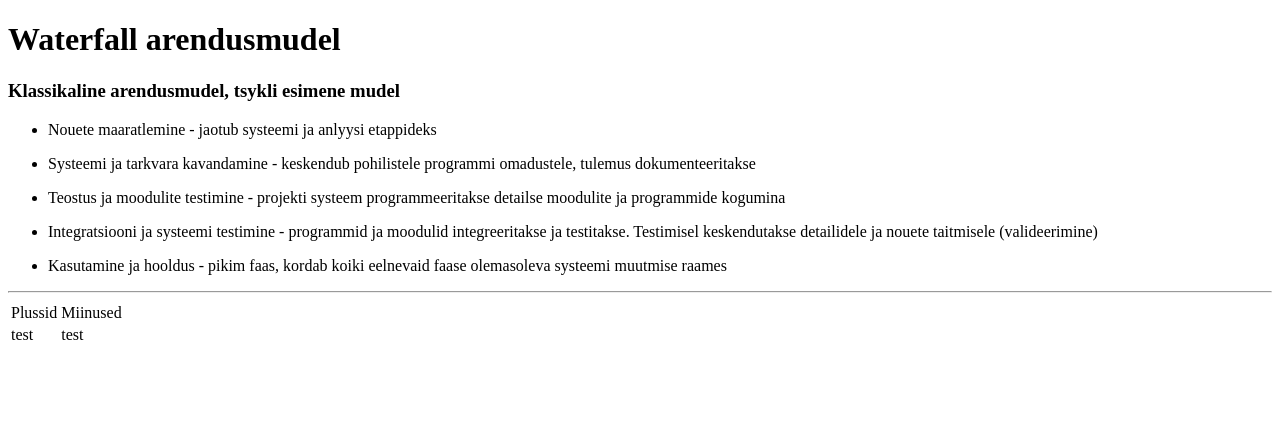
Repository: annemariv/Targe24
Page: elutsykkel/waterfall.html
An editor plug-in stored every save of this project. The page is shown before and after the next save, followed by the edit.
The browser window is 1280 px wide. The pictures show the whole page.

Above is the page before, as saved 2024-11-06 18:55:08.

After the next save:
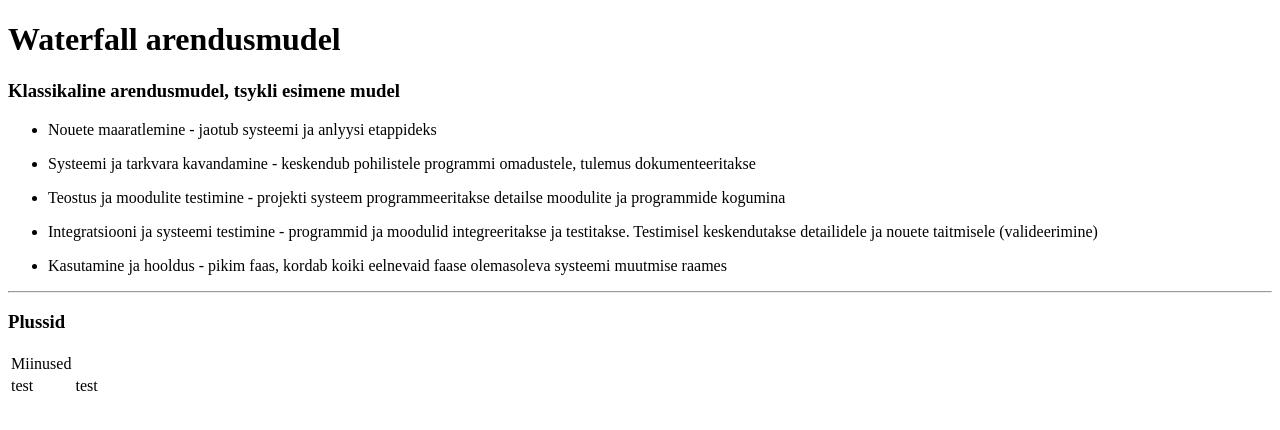
Saved 10 s later.
--- a/elutsykkel/waterfall.html
+++ b/elutsykkel/waterfall.html
@@ -35,7 +35,7 @@
     <hr/>
     <table>
         <tr>
-            <td>Plussid</td>
+            <h3>Plussid</h3>
             <td>Miinused</td>
         </tr>
         <tr>
